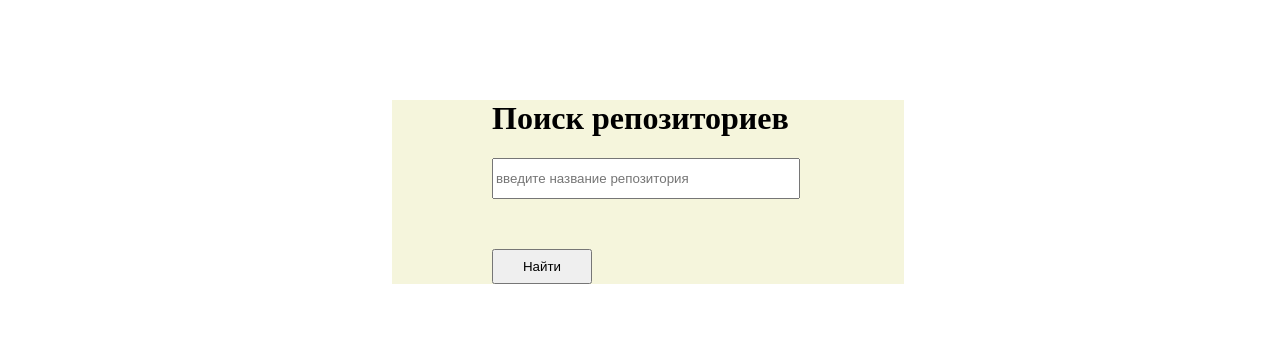
Repository: Grid-Master/repositoriesSearch
Page: index.html
An editor plug-in stored every save of this project. The page is shown before and after the next save, followed by the edit.
The browser window is 1280 px wide. The pictures show the whole page.

Above is the page before, as saved 2023-03-06 01:01:04.

After the next save:
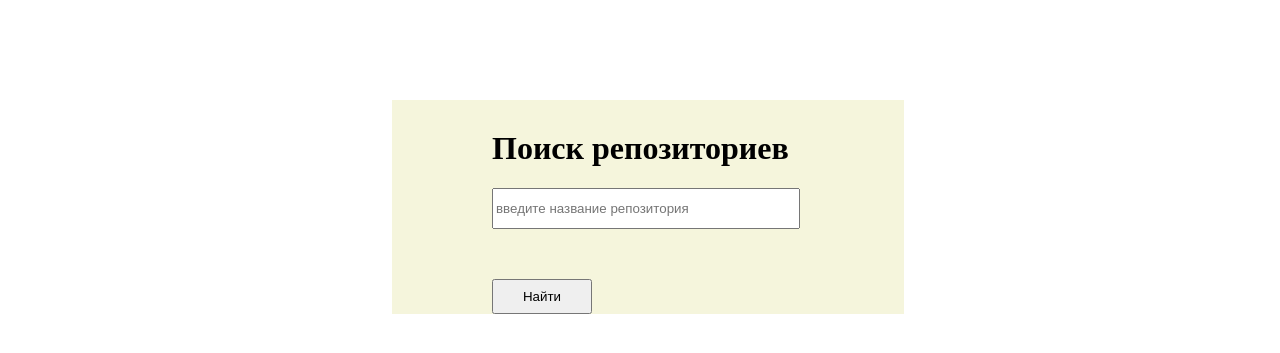
Saved 19 s later.
--- a/index.html
+++ b/index.html
@@ -43,7 +43,7 @@
         margin-right: 30vw;
       }
       h1 {
-        margin-top: 30px;
+        padding-top: 30px;
       }
     </style>
   </head>
